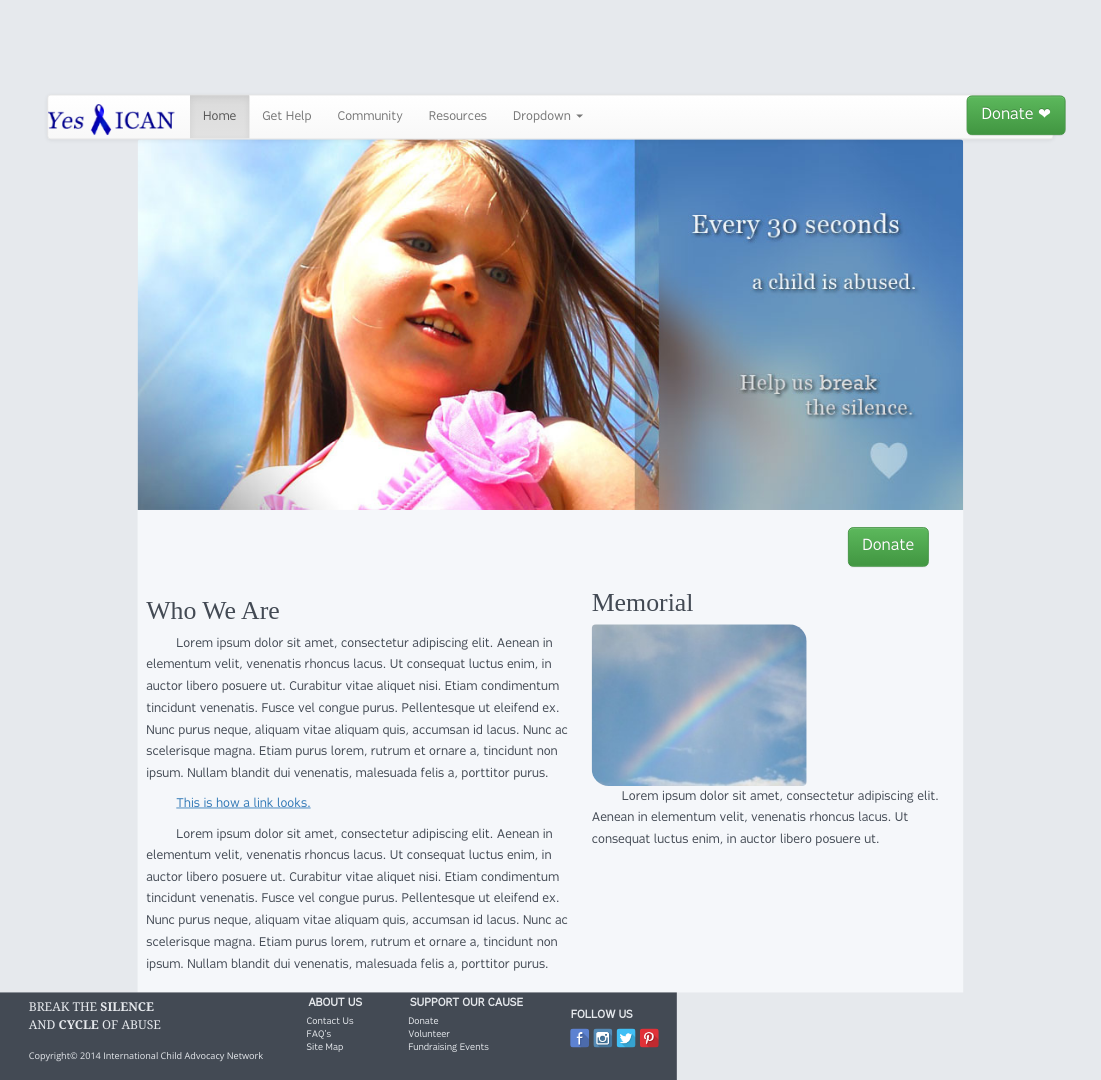
Repository: Rob21789/Yes-I-Can
Page: index.html
The author's editor kept a record of every edit. The page is drawn from the files as they stood at one moment, then again after the next edit.
The browser window is 1280 px wide. The pictures show the whole page, at 86% of full size.
Some web fonts or font styles are not loaded; a fallback is used. Some web libraries are served in a nearby version.

Above is the page before.
Not found: assets/js/ie-emulation-modes-warning.js
Not found: assets/js/ie10-viewport-bug-workaround.js

After the next edit:
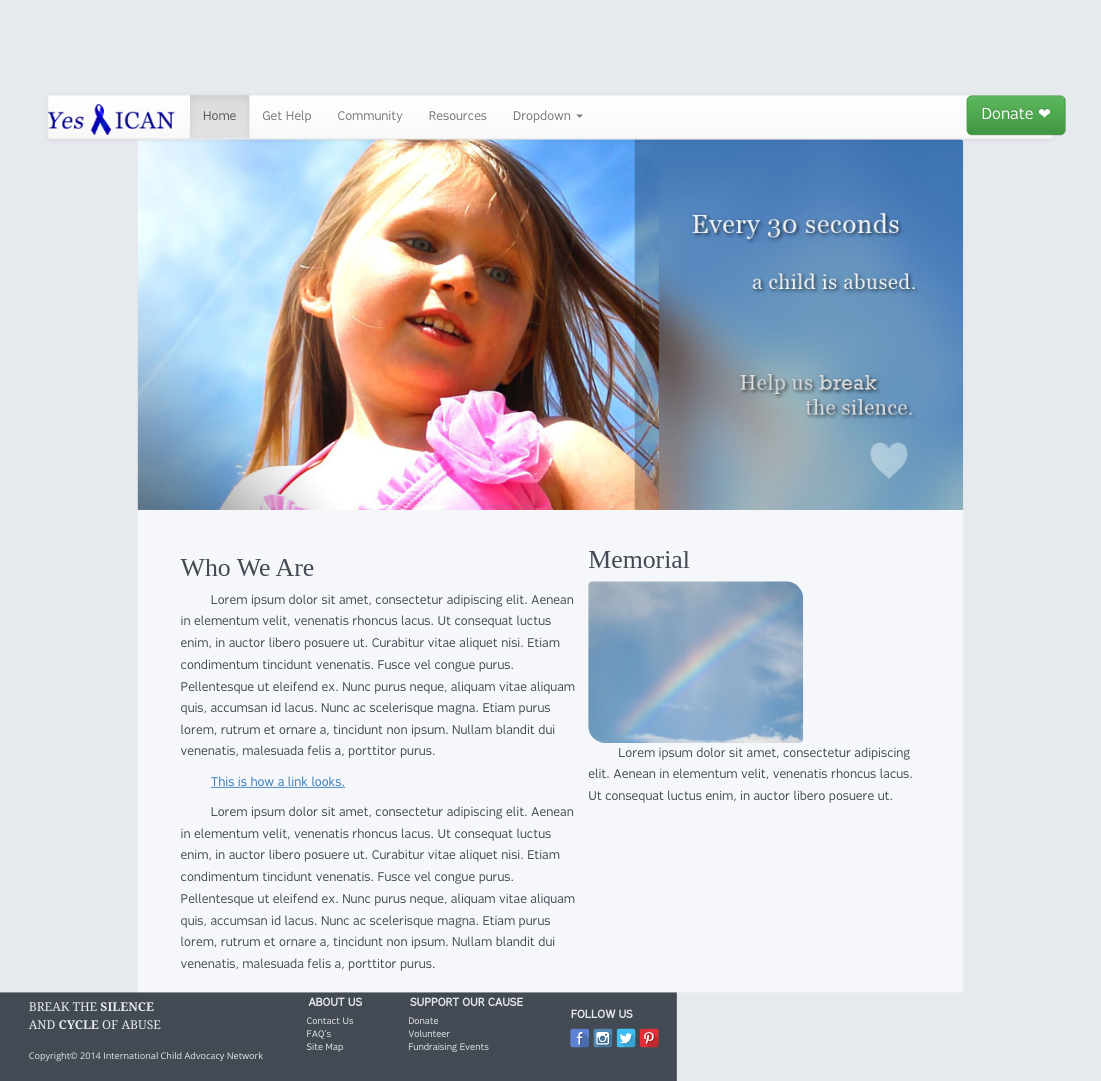
The edit:
--- a/index.html
+++ b/index.html
@@ -126,9 +126,6 @@
 	<div id="wrapper">
 		<!-- Two sections have been created for desktop view to have two columns. Mobile website will just be stacked-->
 		<div id="content">
-			<section class="secondary">
-				<div style="text-center"></div><button type="button" class="btn pull-right btn-lg btn-success">Donate</button></div>
-			</section>
 			<section id="primary"><!--Left column content goes here-->
 				<h2>Who We Are</h2>
 				<p>Lorem ipsum dolor sit amet, consectetur adipiscing elit. Aenean in elementum velit, venenatis rhoncus lacus. Ut consequat luctus enim, in auctor libero posuere ut. Curabitur vitae aliquet nisi. Etiam condimentum tincidunt venenatis. Fusce vel congue purus. Pellentesque ut eleifend ex. Nunc purus neque, aliquam vitae aliquam quis, accumsan id lacus. Nunc ac scelerisque magna. Etiam purus lorem, rutrum et ornare a, tincidunt non ipsum. Nullam blandit dui venenatis, malesuada felis a, porttitor purus.</p>
